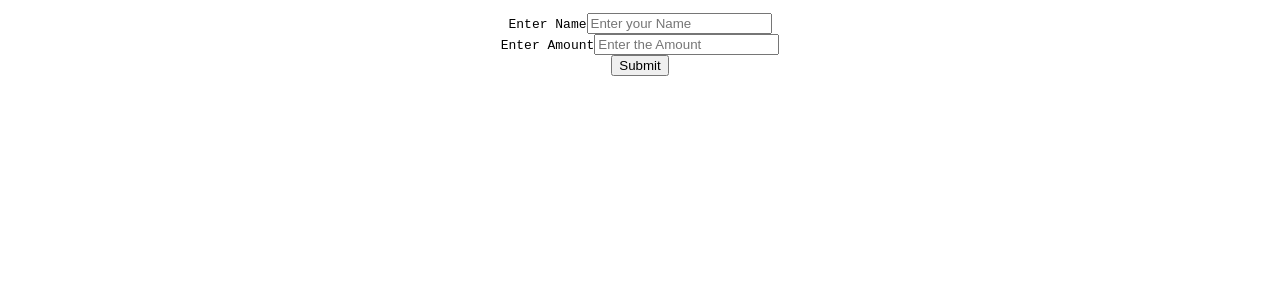
Repository: NarenD12/ProgramsFromTraining
Page: BankApp/WebContent/DepositWithdraw.html
The author's editor kept a copy of each file at every save. The page is drawn from the files as they stood at one save, then again after the next save.
The browser window is 1280 px wide. The pictures show the whole page.

Above is the page before, as saved 2023-09-21 17:47:49.

### BankApp/WebContent/DepositWithdraw.html
<!DOCTYPE html>
<html>
<head>
<style>
body {text-align: center;}
</style>
<meta charset="ISO-8859-1">
<title>Insert title here</title>
</head>
<body>
<form action="Deposit" method="post">
<pre>
Enter Name<input type="text" name="name" placeholder="Enter your Name">
Enter Amount<input type="number" name="amount" placeholder="Enter the Amount">
<input type="submit">
</pre>
</form>
</body>
</html>

After the next save:
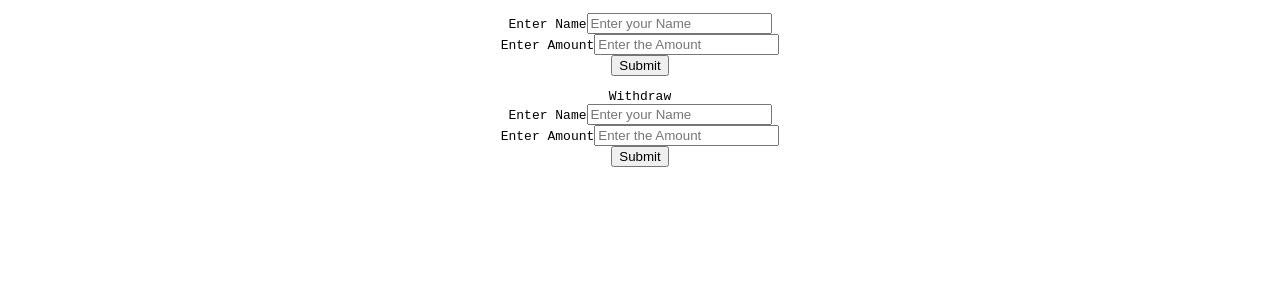
Saved 89 s later.
--- a/BankApp/WebContent/DepositWithdraw.html
+++ b/BankApp/WebContent/DepositWithdraw.html
@@ -15,5 +15,18 @@ Enter Amount<input type="number" name="amount" placeholder="Enter the Amount">
 <input type="submit">
 </pre>
 </form>
+
+<form action="Withdraw" method="post">
+<pre>
+<h>Withdraw</h>
+Enter Name<input type="text" name="name" placeholder="Enter your Name">
+Enter Amount<input type="number" name="amount" placeholder="Enter the Amount">
+<input type="submit">
+</pre>
+</form>
+
+
+
+
 </body>
 </html>
